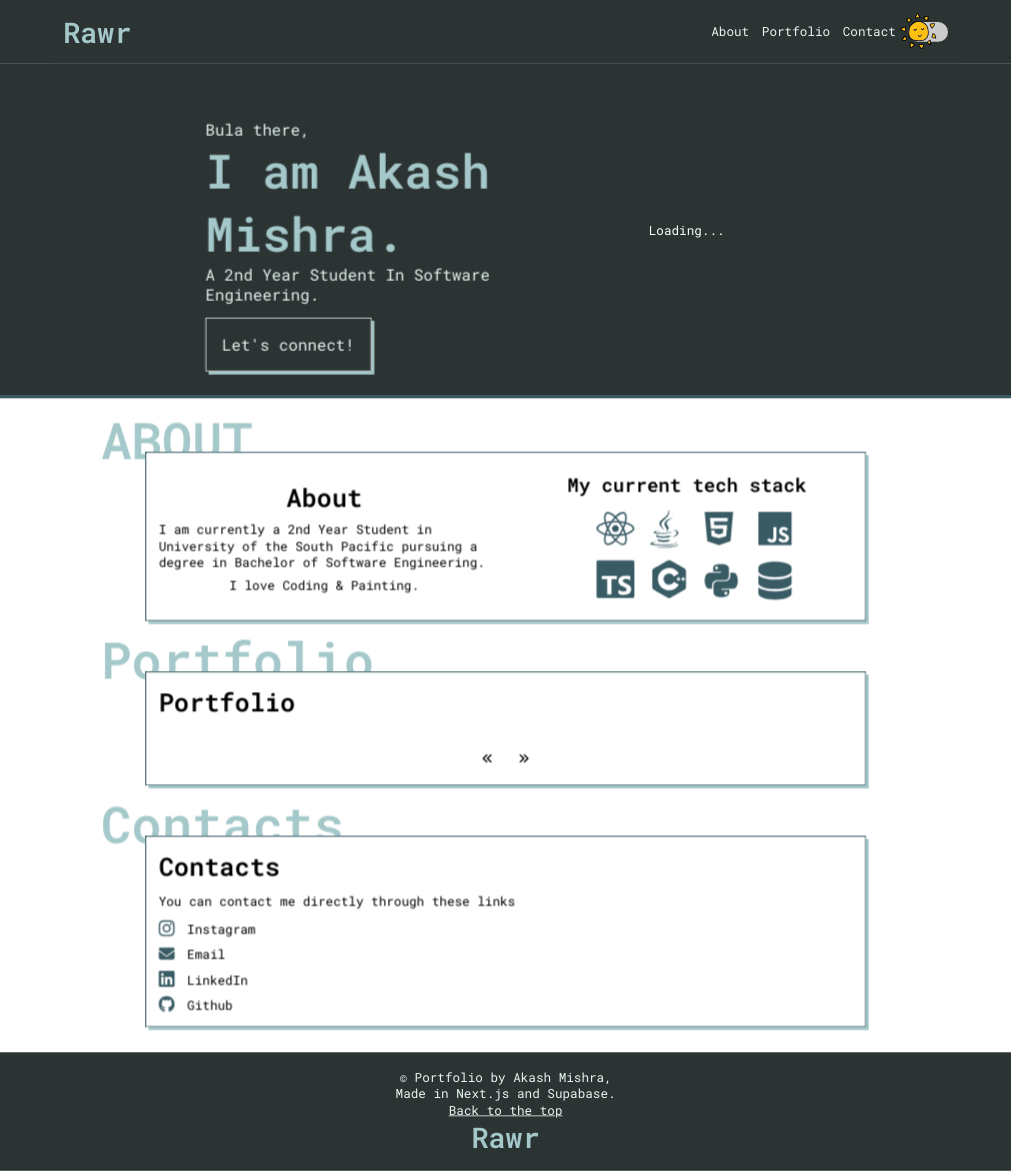
Repository: akashrawr/personal-portfolio
Page: /
These files come from the project's save history. The page is drawn as it stood at one moment and after the next save; the edit follows.
The browser window is 1280 px wide. The pictures show the whole page, at 79% of full size.
The page's requests for data from a server got no answer. The project was rebuilt for these pictures with package versions that can differ from the ones it lists, and the page was loaded fresh each time. The framework's server and built-in components were replaced by stand-ins that run in the browser. No one was signed in, and anything a server would have sent is missing. Also part of the build but not shown: next.config.ts.

Above is the page before, as saved 2025-01-02 21:25:05.

### app/layout.tsx
import type { Metadata } from "next";
import { Geist, Geist_Mono } from "next/font/google";
import "./globals.css";

const geistSans = Geist({
  variable: "--font-geist-sans",
  subsets: ["latin"],
});

const geistMono = Geist_Mono({
  variable: "--font-geist-mono",
  subsets: ["latin"],
});

export const metadata: Metadata = {
  title: "akashrawr",
  description: "Personal Portfolio",
};

export default function RootLayout({
  children,
}: Readonly<{
  children: React.ReactNode;
}>) {
  return (
    <html lang="en" translate="no"> {/* Prevent translation of the entire page */}
      <head>
        <meta charSet="UTF-8" />
        <meta httpEquiv="Content-Language" content="en" /> {/* Explicitly set content language */}
        <meta name="google" content="notranslate" /> {/* Inform Google to not translate */}
        <link rel="icon" href="/rawr.ico" type="image/x-icon" />
        <title>akashrawr</title>
        <meta name="description" content="My Personal Portfolio" />
      </head>
      <body className={`${geistSans.variable} ${geistMono.variable} antialiased`}>
        <div className="notranslate">
          {children}
        </div>
      </body>
    </html>
  );
}

### app/page.tsx
"use client"; // Enables client-side functionality
import React, { useState, useEffect } from "react";
import AOS from "aos";
import "aos/dist/aos.css";
import "./globals.css"; // Import global styles

// Import components
import Header from "./components/Header";
import Hero from "./components/Hero";
import About from "./components/About";
import Portfolio from "./components/Portfolio";
import Contact from "./components/Contact";
import Footer from "./components/Footer";

const Page: React.FC = () => {
  useEffect(() => {
    AOS.init({ once: true, delay: 0 });
  }, []);

  const [isNavVisible, setIsNavVisible] = useState(false);
  const [darkMode, setDarkMode] = useState(false);

  const toggleNav = () => {
    setIsNavVisible(!isNavVisible);
  };

  const toggleDarkMode = () => {
    setDarkMode(!darkMode);
    document.body.classList.toggle("dark-mode", !darkMode);
  };

  return (
    <div>
      <Header
        isNavVisible={isNavVisible}
        toggleNav={toggleNav}
        darkMode={darkMode}
        toggleDarkMode={toggleDarkMode}
      />
      <main>
        <Hero />
        <About />
        <Portfolio />
        <Contact />
      </main>
      <Footer />
    </div>
  );
};

export default Page;

### app/components/Hero.tsx
import React, { useEffect, useState } from 'react';
import supabase from '../utils/supabaseClient';  // Adjust path if in 'utils'
import Image from 'next/image';  // Import Image from next/image

function Hero() {
  const [heroImage, setHeroImage] = useState<string | null>(null);

  useEffect(() => {
    const fetchHeroImage = async () => {
      const { data, error } = await supabase
        .from('hero')  // Table name is 'hero'
        .select('image_path')        // Only selecting 'image_path' column
        .limit(1);                   // Limiting to only one result (first row)

      if (error) {
        console.error('Error fetching hero image:', error);
      } else {
        setHeroImage(data?.[0]?.image_path || null);
      }
    };

    fetchHeroImage();
  }, [supabase]); // Including 'supabase' as a dependency

  return (
    <section id="hero">
      <div className="hero-main-container">
        {/* Text and Button Container */}
        <div className="hero-container">
          <div className="hero-text-container" data-aos="fade-up">
            <p>Bula there,</p>
            <h2>I am Akash Mishra.</h2>
            <p>A 2nd Year Student In Software Engineering.</p>
          </div>
          <a href="#contact" className="hero-button" data-aos="fade-up">
            Let&apos;s connect!
          </a>
        </div>

        {/* Image Container */}
        <div className="hero-img" data-aos="fade-up">
          {heroImage ? (
            <Image
              className="hero-image"
              src={heroImage}
              alt="Akash"
              layout="responsive"
              width={500}
              height={500}
            />
          ) : (
            <p>Loading...</p>
          )}
        </div>
      </div>
    </section>
  );
}

export default Hero;

### app/components/About.tsx
import React from "react";
import { FontAwesomeIcon } from "@fortawesome/react-fontawesome";
import { faReact, faJava, faHtml5, faJs, faPython } from "@fortawesome/free-brands-svg-icons";
import { SiTypescript, SiCplusplus } from "react-icons/si";
import { faDatabase } from "@fortawesome/free-solid-svg-icons";

const About: React.FC = () => {
  return (
    <section id="about">
      <div className="section-highlight" data-aos="fade-up">
        ABOUT
      </div>
      <div className="about-container" data-aos="fade-up">
        <div className="about-card">
          <section className="about-content">
            <h2>About</h2>
            <p>
              I am currently a 2nd Year Student in University of the South Pacific pursuing a
              degree in Bachelor of Software Engineering.
            </p>
            <p>I love Coding & Painting.</p>
          </section>

          <section className="about-content tech-stack-section">
            <h3>My current tech stack</h3>
            <div className="tech-stack-grid">
              <div className="tech-stack">
                <FontAwesomeIcon icon={faReact} className="about-icon" />
              </div>
              <div className="tech-stack">
                <FontAwesomeIcon icon={faJava} className="about-icon" />
              </div>
              <div className="tech-stack">
                <FontAwesomeIcon icon={faHtml5} className="about-icon" />
              </div>
              <div className="tech-stack">
                <FontAwesomeIcon icon={faJs} className="about-icon" />
              </div>
              <div className="tech-stack">
                <SiTypescript className="about-icon ts-icon" />
              </div>
              <div className="tech-stack">
                <SiCplusplus className="about-icon cpp-icon" />
              </div>
              <div className="tech-stack">
                <FontAwesomeIcon icon={faPython} className="about-icon" />
              </div>
              <div className="tech-stack">
                <FontAwesomeIcon icon={faDatabase} className="about-icon" />
              </div>
            </div>
          </section>
        </div>
      </div>
    </section>
  );
};

export default About;

### app/components/Portfolio.tsx
import React, { useEffect, useState } from 'react';
import { FontAwesomeIcon } from '@fortawesome/react-fontawesome';
import { faGithub } from '@fortawesome/free-brands-svg-icons';
import { faLaptopCode, faAngleDoubleRight, faAnglesLeft } from '@fortawesome/free-solid-svg-icons';
import supabase from '../utils/supabaseClient';  // Adjust path if in 'utils'
import Image from 'next/image'; // Import Image from Next.js

type Project = {
  id: number;
  title: string;
  description: string;
  image_path: string;
  repo_link: string;
  live_demo_link?: string | null;
};

function Portfolio() {
  const [projects, setProjects] = useState<Project[]>([]);
  const [currentPage, setCurrentPage] = useState<number>(1);
  const projectsPerPage = 4;

  useEffect(() => {
    const fetchProjects = async () => {
      const { data, error } = await supabase
        .from('portfolio')  // Table name is 'portfolio'
        .select('*')
        .order('id', { ascending: true }); // Fetch data in ascending order by 'id'

      if (error) {
        console.error('Error fetching projects:', error);
      } else {
        // Sort the projects manually to match your custom order
        const customOrder = [5, 4, 3, 2, 1]; // Custom order for IDs
        const sortedProjects = customOrder.map(id => data?.find(project => project.id === id)).filter(Boolean) as Project[];

        setProjects(sortedProjects);
      }
    };

    fetchProjects();
  }, [supabase]);

  // Calculate total pages
  const totalPages = Math.ceil(projects.length / projectsPerPage);

  // Calculate current projects to display
  const indexOfLastProject = currentPage * projectsPerPage;
  const indexOfFirstProject = indexOfLastProject - projectsPerPage;
  const currentProjects = projects.slice(indexOfFirstProject, indexOfLastProject);

  const handleNext = () => {
    setCurrentPage((prevPage) => (prevPage < totalPages ? prevPage + 1 : prevPage));
  };

  const handlePrevious = () => {
    setCurrentPage((prevPage) => (prevPage > 1 ? prevPage - 1 : prevPage));
  };

  const handlePageClick = (page: number) => {
    setCurrentPage(page);
  };

  return (
    <section id="portfolio">
      <div className="section-highlight" data-aos="fade-up">
        Portfolio
      </div>
      <div className="portfolio-container" data-aos="fade-up">
        <div className="portfolio-card">
          <div className="portfolio-content">
            <h2>Portfolio</h2>
            {/* Project Container */}
            <div className="project-container">
              {currentProjects.map((project) => (
                <section className="project-card" key={project.id}>
                  <Image
                    className="project-img"
                    src={project.image_path}
                    alt={project.title}
                    width={500}
                    height={300}
                    loading="lazy" // Enable lazy loading
                  />
                  <h3>{project.title}</h3>
                  <h5>Project Description</h5>
                  <p>{project.description}</p>
                  <div className="project-card-links">
                    <a href={project.repo_link} className="project-link">
                      <FontAwesomeIcon icon={faGithub} className="project-icons" />
                      Repository
                    </a>
                    {/* Only show Live Demo if the link exists */}
                    {project.live_demo_link && project.live_demo_link !== '' && (
                      <a href={project.live_demo_link} className="project-link">
                        <FontAwesomeIcon icon={faLaptopCode} className="project-icons" />
                        Live Demo
                      </a>
                    )}
                  </div>
                </section>
              ))}
            </div>
            {/* End of Project Container */}

            {/* Pagination Controls */}
            <div className="pagination">
              <a
                href="#!"
                onClick={handlePrevious}
                className={currentPage === 1 ? 'disabled' : ''}
              >
                <FontAwesomeIcon icon={faAnglesLeft} />
              </a>
              {[...Array(totalPages)].map((_, index) => (
                <a
                  key={index + 1}
                  href="#!"
                  onClick={() => handlePageClick(index + 1)}
                  className={currentPage === index + 1 ? 'active' : ''}
                >
                  {index + 1}
                </a>
              ))}
              <a
                href="#!"
                onClick={handleNext}
                className={currentPage === totalPages ? 'disabled' : ''}
              >
                <FontAwesomeIcon icon={faAngleDoubleRight} />
              </a>
            </div>
          </div>
        </div>
      </div>
    </section>
  );
}

export default Portfolio;

### app/components/Contact.tsx
import React from "react";
import { FontAwesomeIcon } from "@fortawesome/react-fontawesome";
import { faInstagram, faGithub, faLinkedin } from "@fortawesome/free-brands-svg-icons";
import { faEnvelope } from "@fortawesome/free-solid-svg-icons";

const Contact: React.FC = () => {
  return (
    <section id="contact">
      <h2 className="section-highlight" data-aos="fade-up">
        Contacts
      </h2>
      <div className="contact-container" data-aos="fade-up">
        <div className="contact-card">
          <h2>Contacts</h2>
          <p>You can contact me directly through these links</p>

          <div className="contact-links">
            <a href="https://www.instagram.com/_acnologxa" className="contact-link">
              <FontAwesomeIcon icon={faInstagram} className="contact-icons" />
              Instagram
            </a>

            <a href="mailto:akashkm553@gmail.com" className="contact-link">
              <FontAwesomeIcon icon={faEnvelope} className="contact-icons" />
              Email
            </a>

            <a href="https://www.linkedin.com/in/akashmishra-rawr" className="contact-link">
              <FontAwesomeIcon icon={faLinkedin} className="contact-icons" />
              LinkedIn
            </a>

            <a href="https://github.com/akashrawr" className="contact-link">
              <FontAwesomeIcon icon={faGithub} className="contact-icons" />
              Github
            </a>
          </div>
        </div>
      </div>
    </section>
  );
};

export default Contact;

### app/components/Footer.tsx
import React from 'react';

const Footer: React.FC = () => {
  return (
    <footer>
      <div className="footer-content">
        © Portfolio by Akash Mishra,  <br />
        Made in Next.js and Supabase. <br />
        <a href="#hero">Back to the top</a>
        <div className="nav-logo">
          <h1>Rawr</h1>
        </div>
      </div>
    </footer>
  );
};

export default Footer;

### app/utils/supabaseClient.ts
import { createClient } from '@supabase/supabase-js';

// Fetch environment variables
const supabaseUrl = process.env.NEXT_PUBLIC_SUPABASE_URL || '';
const supabaseKey = process.env.NEXT_PUBLIC_SUPABASE_KEY || '';

// Initialize the Supabase client
const supabase = createClient(supabaseUrl, supabaseKey);

export default supabase;

Loaded but not shown: app/globals.css (891 lines, source omitted); app/components/Header.tsx (67 lines, source omitted)

After the next save:
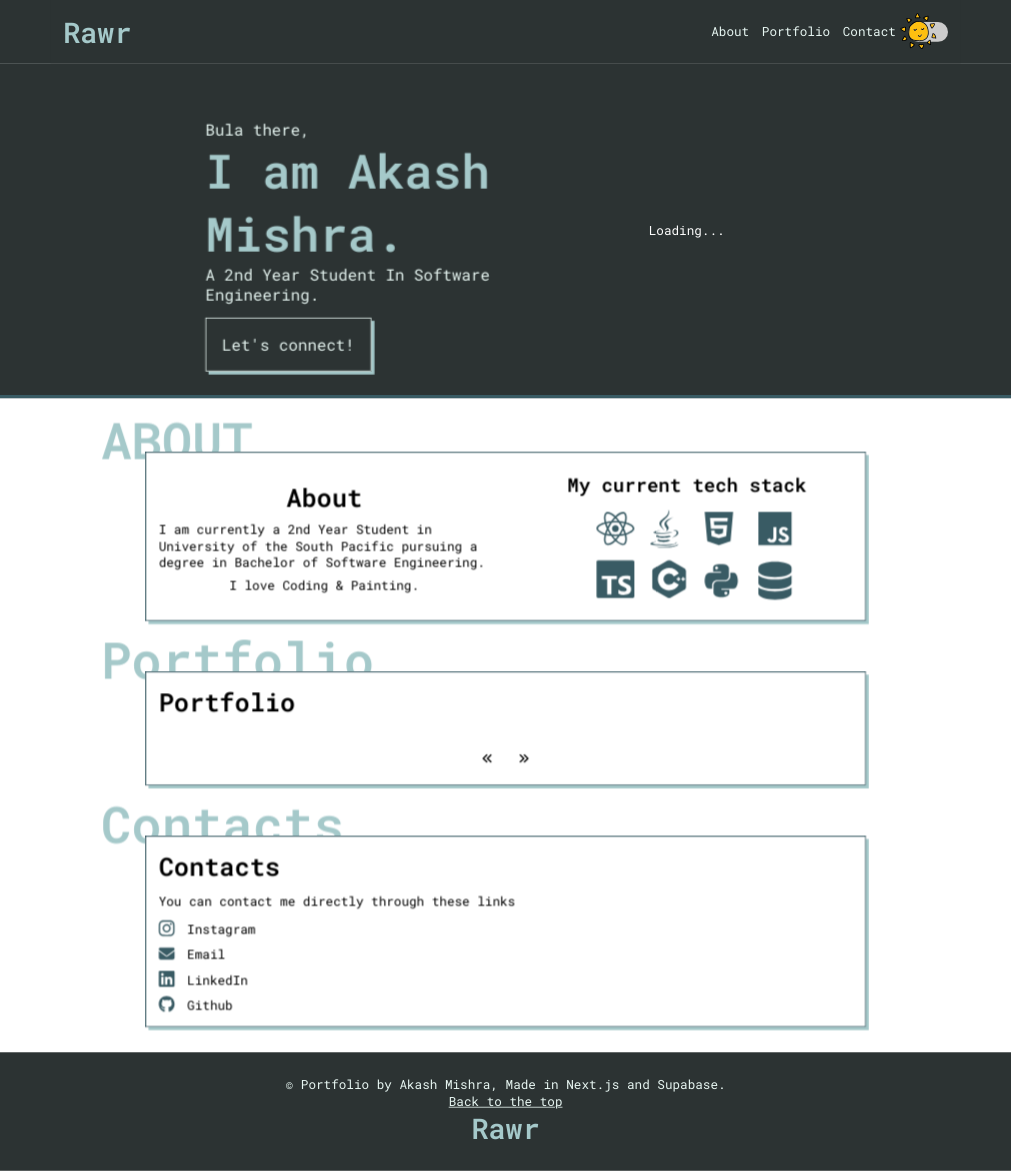
Saved 76 s later.
--- a/app/components/Footer.tsx
+++ b/app/components/Footer.tsx
@@ -4,7 +4,7 @@ const Footer: React.FC = () => {
   return (
     <footer>
       <div className="footer-content">
-        © Portfolio by Akash Mishra,  <br />
+        © Portfolio by Akash Mishra,
         Made in Next.js and Supabase. <br />
         <a href="#hero">Back to the top</a>
         <div className="nav-logo">
